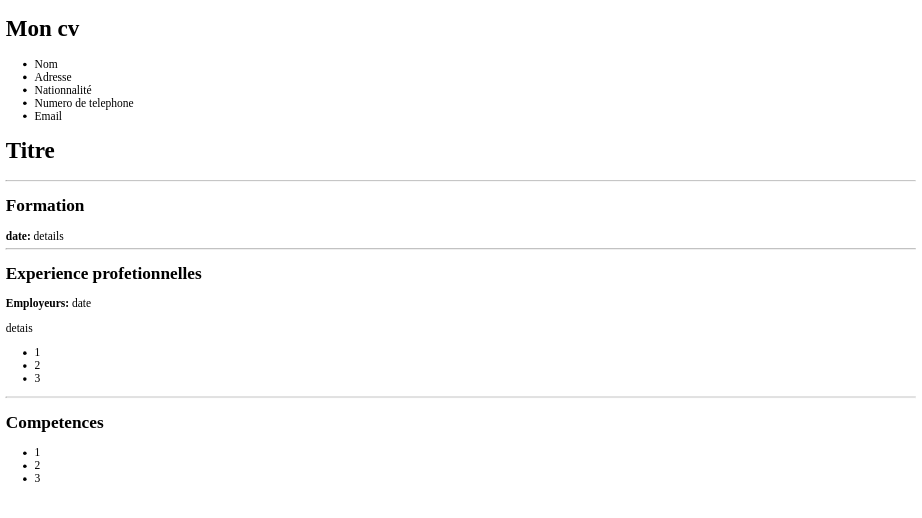
Repository: lamdakara/cv-html
Page: index.html
An editor plug-in stored every save of this project. The page is shown before and after the next save, followed by the edit.
The browser window is 1280 px wide. The pictures show the whole page, at 72% of full size.

Above is the page before, as saved 2023-08-22 00:59:14.

After the next save:
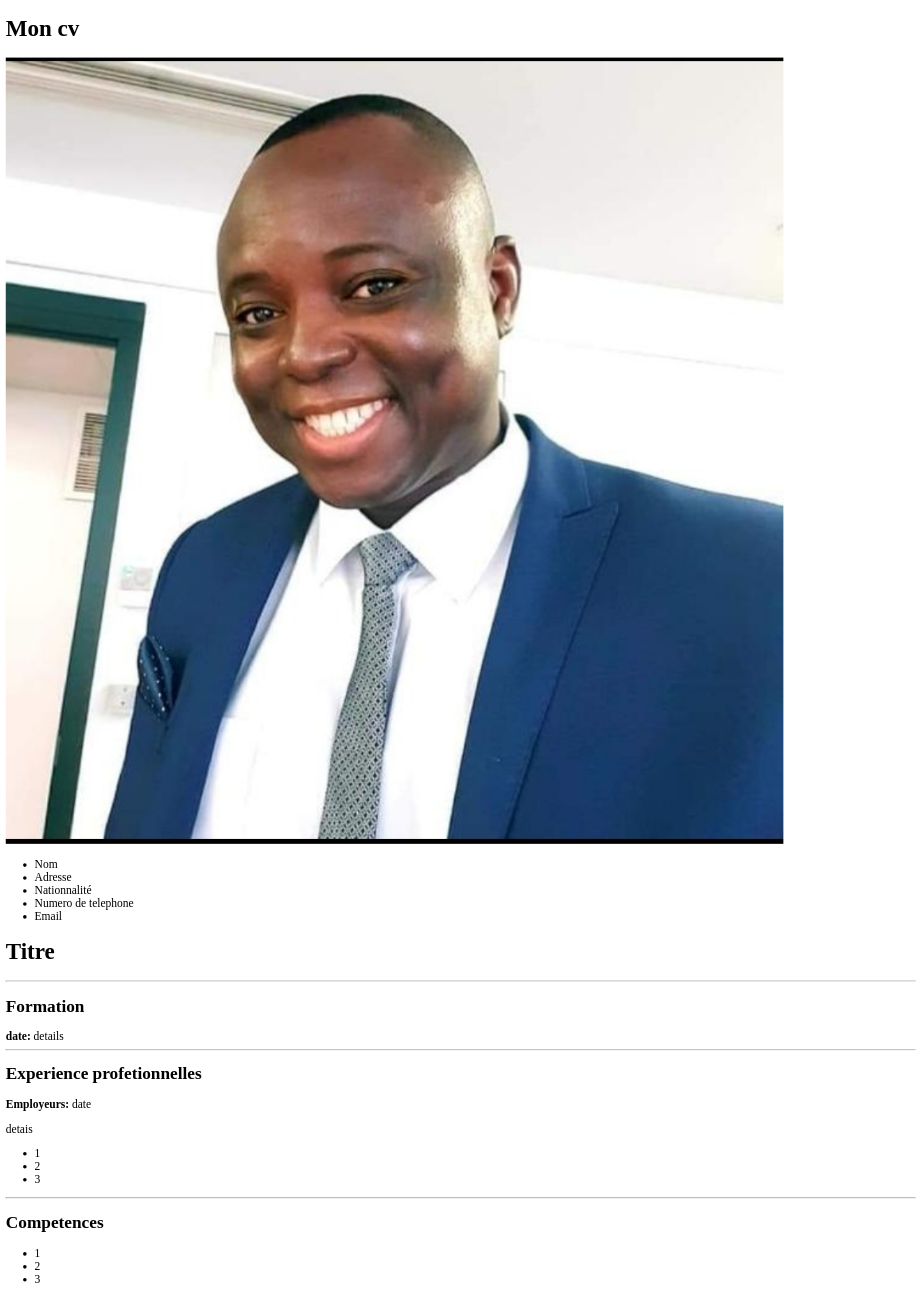
Saved 4 min 34 s later.
--- a/index.html
+++ b/index.html
@@ -8,6 +8,7 @@
 <body>
     <h1>Mon cv</h1>
     <div>
+        <img src="profil.jpg/1661794008238.jpg" alt="image de profil">
     <ul>
         <li>Nom</li>
         <li>Adresse</li>
